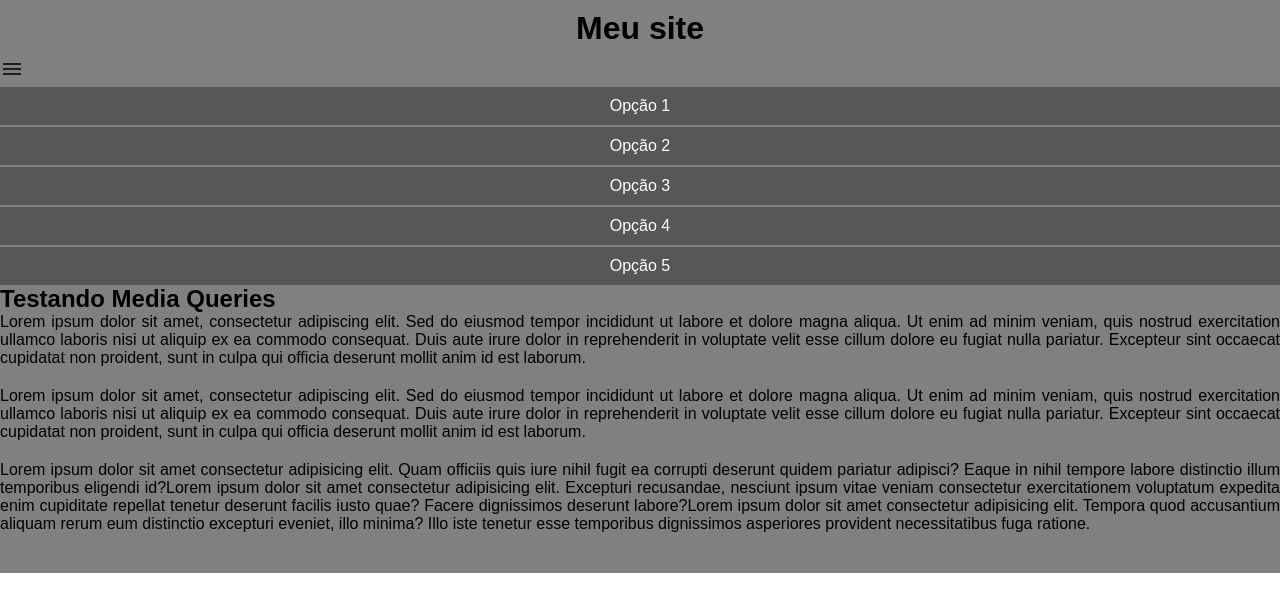
Repository: Sandro1969-tech/menu-hamburger
Page: index.html
An editor plug-in stored every save of this project. The page is shown before and after the next save, followed by the edit.
The browser window is 1280 px wide. The pictures show the whole page.

Above is the page before, as saved 2025-12-25 18:59:49.

### index.html
<!DOCTYPE html>
<html lang="pt-br">
<head>
    <meta charset="UTF-8">
    <meta name="viewport" content="width=device-width, initial-scale=1.0">
    <title>Media Queries</title>
    <link rel="stylesheet" href="style.css">
</head>
<body>
  <header>

            <h1>Meu site</h1>
            <a href="image/iconmenu.png">
  <img src="image/iconmenu.png" alt="Menu" class="menu-icon">
</a>



            <menu>
                <ul>
                    <li><a href="#">Opção 1</a></li>
                    <li><a href="#">Opção 2</a></li>
                    <li><a href="#">Opção 3</a></li>
                    <li><a href="#">Opção 4</a></li>
                    <li><a href="#">Opção 5</a></li>
                </ul>
            </menu>
                <article>
                    <h2>Testando Media Queries</h2>
                    <p>Lorem ipsum dolor sit amet, consectetur adipiscing elit. Sed do eiusmod tempor incididunt ut labore et dolore magna aliqua. Ut enim ad minim veniam, quis nostrud exercitation ullamco laboris nisi ut aliquip ex ea commodo consequat. Duis aute irure dolor in reprehenderit in voluptate velit esse cillum dolore eu fugiat nulla pariatur. Excepteur sint occaecat cupidatat non proident, sunt in culpa qui officia deserunt mollit anim id est laborum.</p>
                    <p>Lorem ipsum dolor sit amet, consectetur adipiscing elit. Sed do eiusmod tempor incididunt ut labore et dolore magna aliqua. Ut enim ad minim veniam, quis nostrud exercitation ullamco laboris nisi ut aliquip ex ea commodo consequat. Duis aute irure dolor in reprehenderit in voluptate velit esse cillum dolore eu fugiat nulla pariatur. Excepteur sint occaecat cupidatat non proident, sunt in culpa qui officia deserunt mollit anim id est laborum.</p>
                    <p> Lorem ipsum dolor sit amet consectetur adipisicing elit. Quam officiis quis iure nihil fugit ea corrupti deserunt quidem pariatur adipisci? Eaque in nihil tempore labore distinctio illum temporibus eligendi id?Lorem ipsum dolor sit amet consectetur adipisicing elit. Excepturi recusandae, nesciunt ipsum vitae veniam consectetur exercitationem voluptatum expedita enim cupiditate repellat tenetur deserunt facilis iusto quae? Facere dignissimos deserunt labore?Lorem ipsum dolor sit amet consectetur adipisicing elit. Tempora quod accusantium aliquam rerum eum distinctio excepturi eveniet, illo minima? Illo iste tenetur esse temporibus dignissimos asperiores provident necessitatibus fuga ratione.</p>
                </article>
    </main>
  </header>
</body>
</html>

### style.css
@charset "UTF-8";

* {
    font-family: Arial, Helvetica, sans-serif;
    margin: 0px;
    padding: 0px;
}

body html {
    background-color: lightgrey;
}
header {
    background-color: grey;
}


h1 {
padding: 10px;
text-align: center;
}

menu {
    display: block;
}
menu > ul {
    list-style-type: none;
}
menu a {
    display: block;
    padding: 10px;
    text-decoration: none;
    background-color: rgba(87,87,87);
    text-align: center;
    color: white;
    border-top: 2px solid grey;
}
menu > ul > li:hover a {
    background-color: rgba(119, 136, 153, 0.459);
}

main {
    width: 90vw;
    background-color:white;
    margin:  auto;
    margin-top: 10px;
    padding: 10px;
    border-radius: 10px;
}

article {
    padding-bottom: 20px;
}
article > p {
    text-align: justify;
    margin-bottom: 20px;
    text -indent: 20px;
}

After the next save:
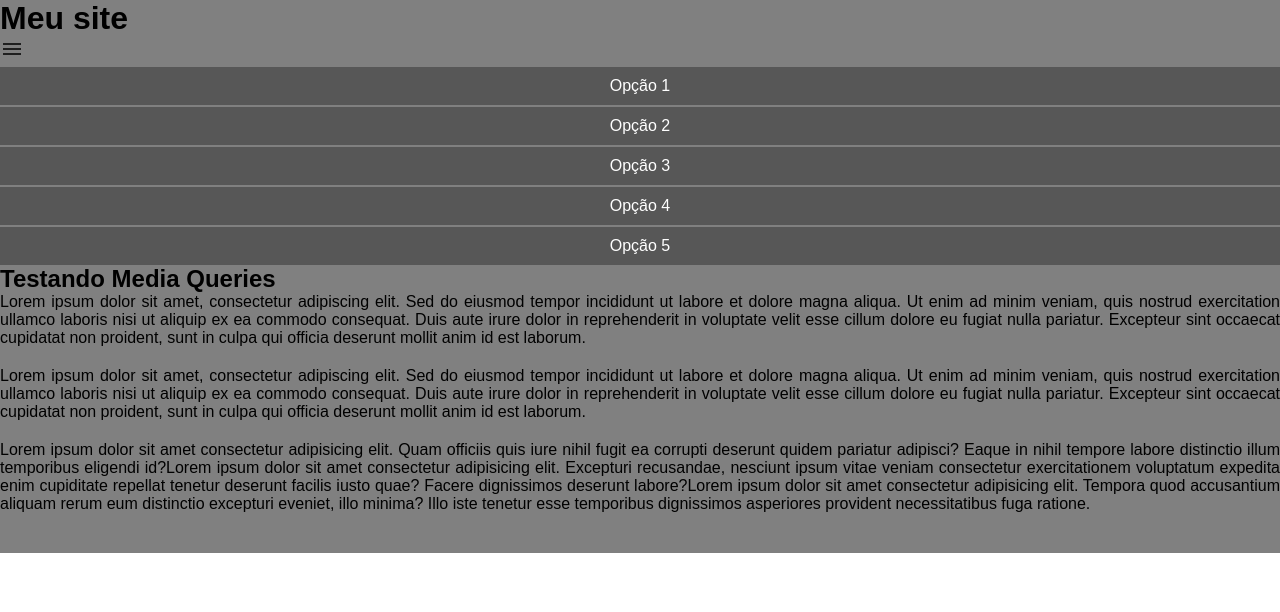
Saved 8 s later.
--- a/style.css
+++ b/style.css
@@ -12,7 +12,7 @@ body html {
 header {
     background-color: grey;
 }
-
+iconmenu
 
 h1 {
 padding: 10px;

After the save that followed:
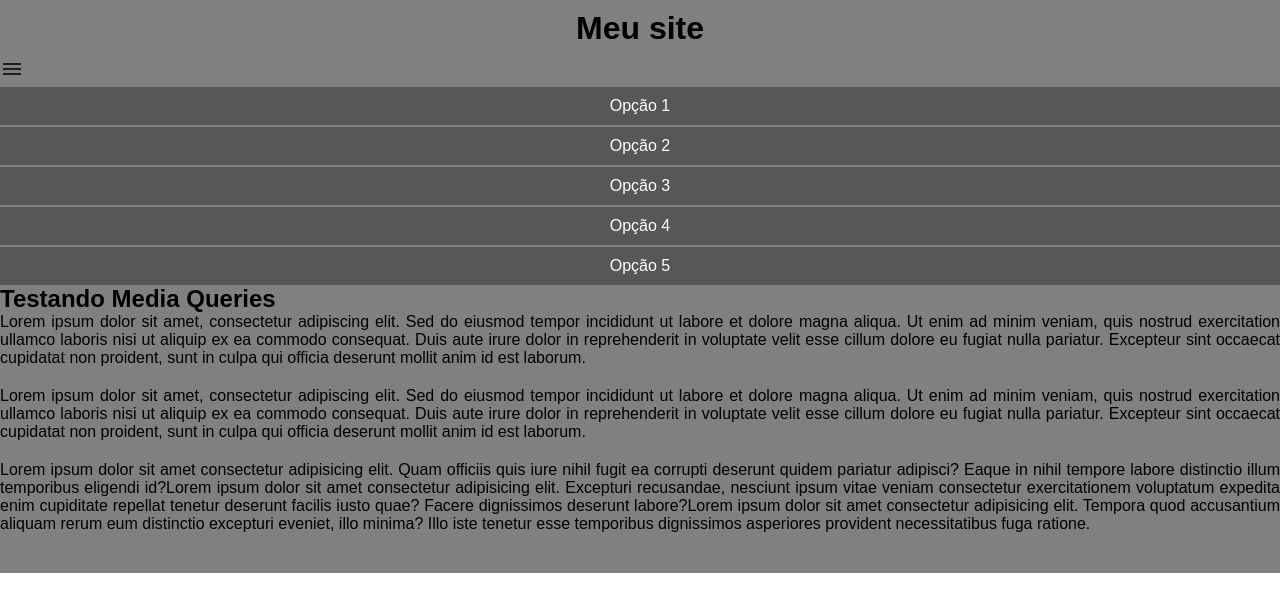
Saved 9 s later.
--- a/style.css
+++ b/style.css
@@ -12,7 +12,9 @@ body html {
 header {
     background-color: grey;
 }
-iconmenu
+iconmenu {
+
+}
 
 h1 {
 padding: 10px;
